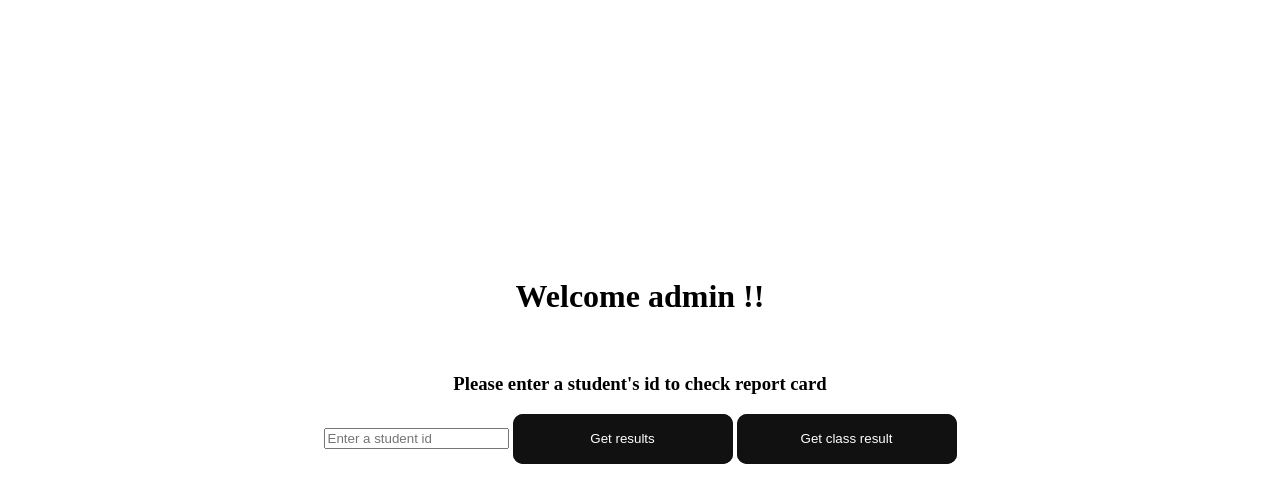
Repository: MriOj/OnlineExamPortal
Page: http://localhost/ExamPortal/admlogin.jsp
An editor plug-in stored every save of this project. The page is shown before and after the next save, followed by the edit.
The browser window is 1280 px wide. The pictures show the whole page.
The page is served by Tomcat 9. Other server files are loaded and not shown.

Above is the page before, as saved 2021-09-07 10:30:37.

### ExamPortal/src/main/webapp/admlogin.jsp
<%@ page language="java" contentType="text/html; charset=ISO-8859-1"
    pageEncoding="ISO-8859-1"%>
<!DOCTYPE html>
<html>
<head>
<meta charset="ISO-8859-1">
<title>Admin</title>
<style>
.center {
position: absolute;
left: 50%;
top: 50%;
transform: translate(-50%, -50%);
color:white;
padding: 20px;
}
html,
body {
    margin: 0;
    padding: 0;
    width: 100%;
    height: 100vh;
    display: flex;
    flex-direction: column;
    justify-content: center;
    align-items: center;
    background: white;

}

.glow-on-hover {
    width: 220px;
    height: 50px;
    border: none;
    outline: none;
    color: #fff;
    background: #111;
    cursor: pointer;
    position: relative;
    z-index: 0;
    border-radius: 10px;
}

.glow-on-hover:before {
    content: '';
    background: linear-gradient(45deg, #ff0000, #ff7300, #fffb00, #48ff00, #00ffd5, #002bff, #7a00ff, #ff00c8, #ff0000);
    position: absolute;
    top: -2px;
    left:-2px;
    background-size: 400%;
    z-index: -1;
    filter: blur(5px);
    width: calc(100% + 4px);
    height: calc(100% + 4px);
    animation: glowing 20s linear infinite;
    opacity: 0;
    transition: opacity .3s ease-in-out;
    border-radius: 10px;
}

.glow-on-hover:active {
    color: #000
}

.glow-on-hover:active:after {
    background: transparent;
}

.glow-on-hover:hover:before {
    opacity: 1;
}

.glow-on-hover:after {
    z-index: -1;
    content: '';
    position: absolute;
    width: 100%;
    height: 100%;
    background: #111;
    left: 0;
    top: 0;
    border-radius: 10px;
}

@keyframes glowing {
    0% { background-position: 0 0; }
    50% { background-position: 400% 0; }
    100% { background-position: 0 0; }
}
input[type=text] {
padding: 12px 20px;
}
</style>
</head>
<body>


  <h1>Welcome admin !!</h1> <br>

  <h3> Please enter a student's id to check report card </h3>
  <form action="reportcard" method="post">
  <input type="number" placeholder="Enter a student id" name="userid">
  <button type="submit" class="glow-on-hover" >Get results</button>
  <button class="glow-on-hover" type="button" onclick="classresult()" >Get class result</button>

  </form>


</body>
</html>

After the next save:
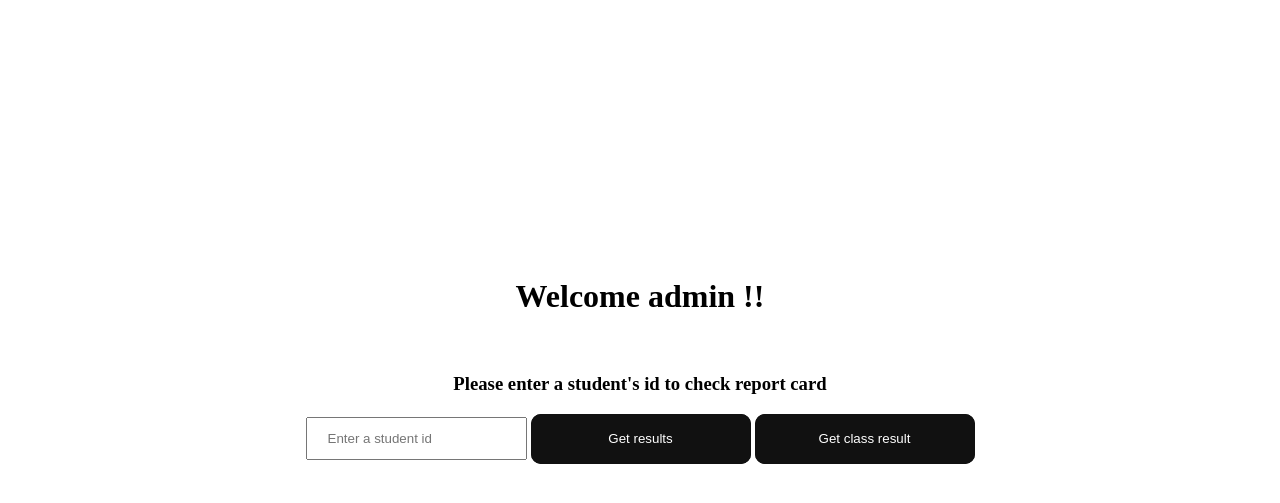
Saved 18 s later.
--- a/ExamPortal/src/main/webapp/admlogin.jsp
+++ b/ExamPortal/src/main/webapp/admlogin.jsp
@@ -87,7 +87,7 @@ body {
     50% { background-position: 400% 0; }
     100% { background-position: 0 0; }
 }
-input[type=text] {
+input[type=number] {
 padding: 12px 20px;
 }
 </style>
